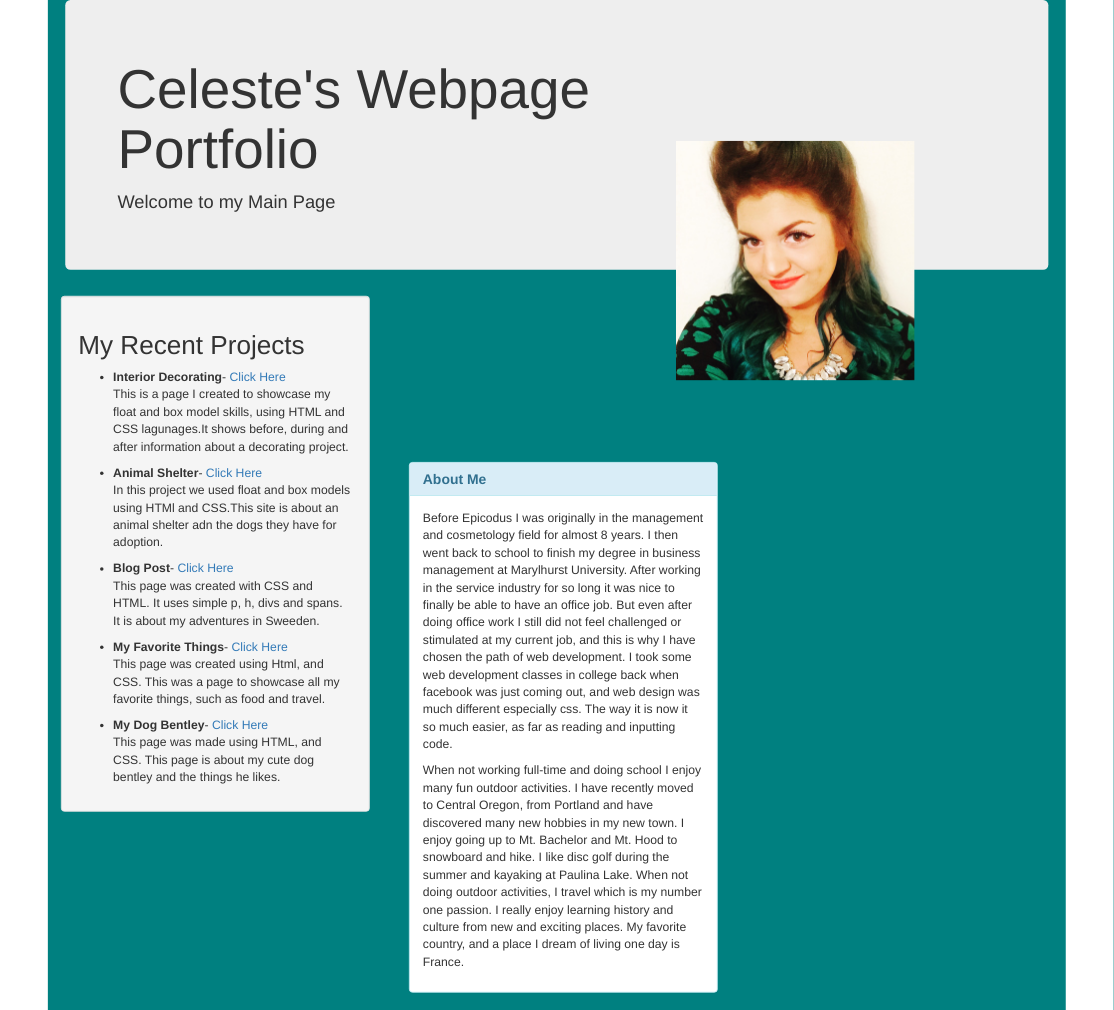
Repository: fieldceleste/portfolio-celeste
Page: portfolio-celeste.html
An editor plug-in stored every save of this project. The page is shown before and after the next save, followed by the edit.
The browser window is 1280 px wide. The pictures show the whole page, at 87% of full size.

Above is the page before, as saved 2019-11-01 22:54:00.

After the next save:
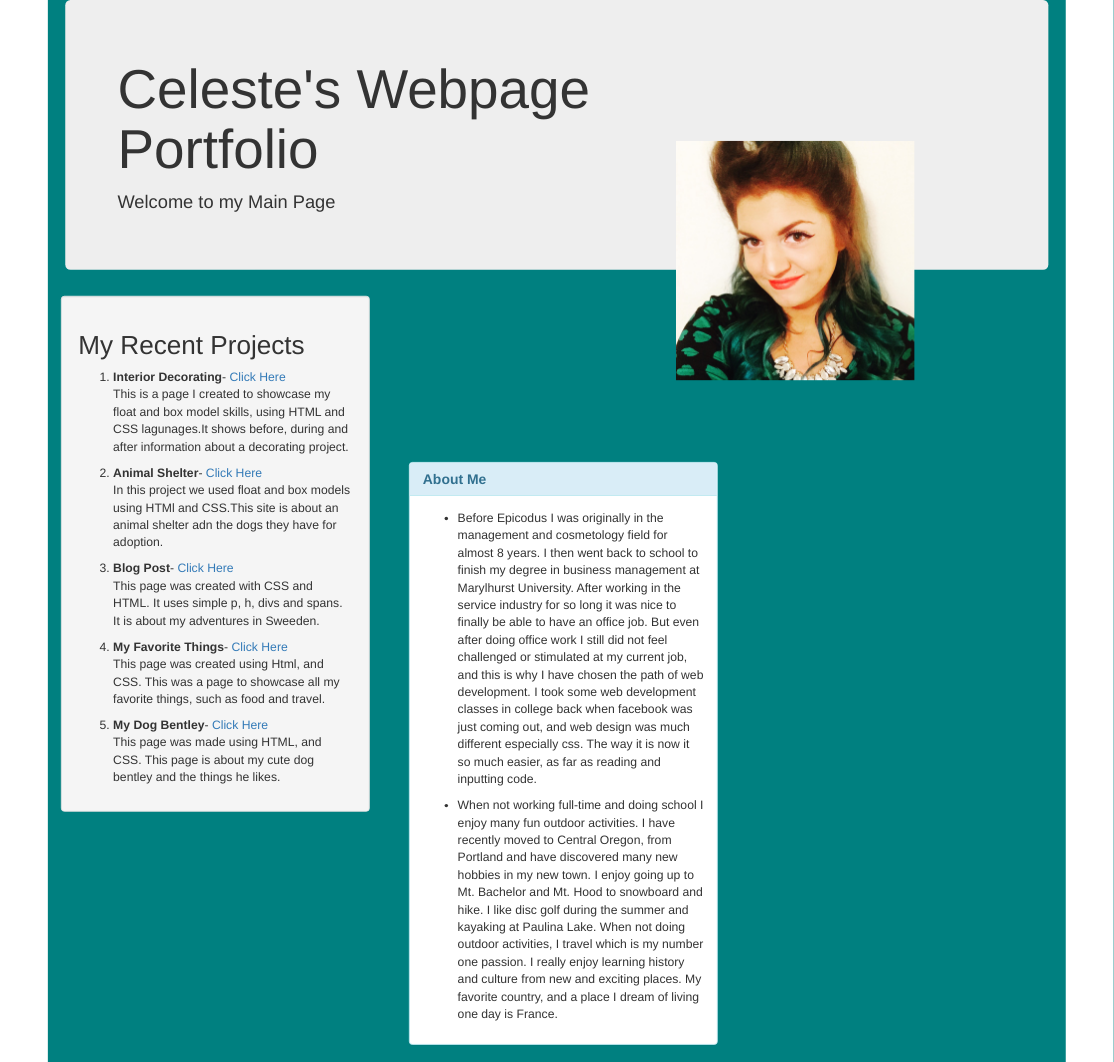
Saved 3 min 9 s later.
--- a/portfolio-celeste.html
+++ b/portfolio-celeste.html
@@ -15,13 +15,13 @@
       <div class="col-md-4">
         <div class="well">
          <h2>My Recent Projects</h2>
-                <ul>
+                <ol>
                  <li><strong>Interior Decorating</strong>- <a herf="https://github.com/fieldceleste/interior-decorator">Click Here</a><p>This is a page I created to showcase my float and box model skills, using HTML and CSS lagunages.It shows before, during and after information about a decorating project.</p></li>
                   <li><strong>Animal Shelter</strong>- <a herf="https://github.com/fieldceleste/animal-shelter">Click Here</a><p>In this project we used float and box models using HTMl and CSS.This site is about an animal shelter adn the dogs they have for adoption. </p></li>
                   <li> <strong>Blog Post</strong>- <a herf="https://github.com/fieldceleste/blog-post">Click Here</a><p>This page was created with CSS and HTML. It uses simple p, h, divs and spans. It is about my adventures in Sweeden. </p></li>
                   <li><strong>My Favorite Things</strong>- <a herf="https://github.com/fieldceleste/my-first-webpage/blob/master/my-favorite-foods.html">Click Here</a><p>This page was created using Html, and CSS. This was a page to showcase all my favorite things, such as food and travel.</p></li>
                   <li><strong>My Dog Bentley</strong>- <a herf="https://github.com/fieldceleste/Bentley">Click Here</a><p>This page was made using HTML, and CSS. This page is about my cute dog bentley and the things he likes.</p></li>
-                </ul>
+                </ol>
               </div>
             </div>
             <div class="col-md-4">
@@ -30,9 +30,11 @@
                   <h2 class="panel-title"><strong>About Me</strong></h2>
                     </div>
                       <div class="panel-body">
-                        <p>Before Epicodus I was originally in the management and cosmetology field for almost 8 years. I then went back to school to finish my degree in business management at Marylhurst University. After working in the service industry for so long it was nice to finally be able to have an office job. But even after doing office work I still did not feel challenged or stimulated at my current job, and this is why I have chosen the path of web development. I took some web development classes in college back when facebook was just coming out, and web design was much different especially css.  The way it is now it so much easier, as far as reading and inputting code. </p>
+                      <ul>
+                        <li><p>Before Epicodus I was originally in the management and cosmetology field for almost 8 years. I then went back to school to finish my degree in business management at Marylhurst University. After working in the service industry for so long it was nice to finally be able to have an office job. But even after doing office work I still did not feel challenged or stimulated at my current job, and this is why I have chosen the path of web development. I took some web development classes in college back when facebook was just coming out, and web design was much different especially css.  The way it is now it so much easier, as far as reading and inputting code. </p></li>
 
-                        <p>When not working full-time and doing school I enjoy many fun outdoor activities. I have recently moved to Central Oregon, from Portland and have discovered many new hobbies in my new town.  I enjoy going up to Mt. Bachelor and Mt. Hood to snowboard and hike. I like disc golf during the summer and kayaking at Paulina Lake. When not doing outdoor activities, I travel which is my number one passion. I really enjoy learning history and culture from new and exciting places. My favorite country, and a place I dream of living one day is France. </p>
+                       <li><p>When not working full-time and doing school I enjoy many fun outdoor activities. I have recently moved to Central Oregon, from Portland and have discovered many new hobbies in my new town.  I enjoy going up to Mt. Bachelor and Mt. Hood to snowboard and hike. I like disc golf during the summer and kayaking at Paulina Lake. When not doing outdoor activities, I travel which is my number one passion. I really enjoy learning history and culture from new and exciting places. My favorite country, and a place I dream of living one day is France. </p></li>
+                     </ul>
                       </div>
                     </div>
                   </div>
